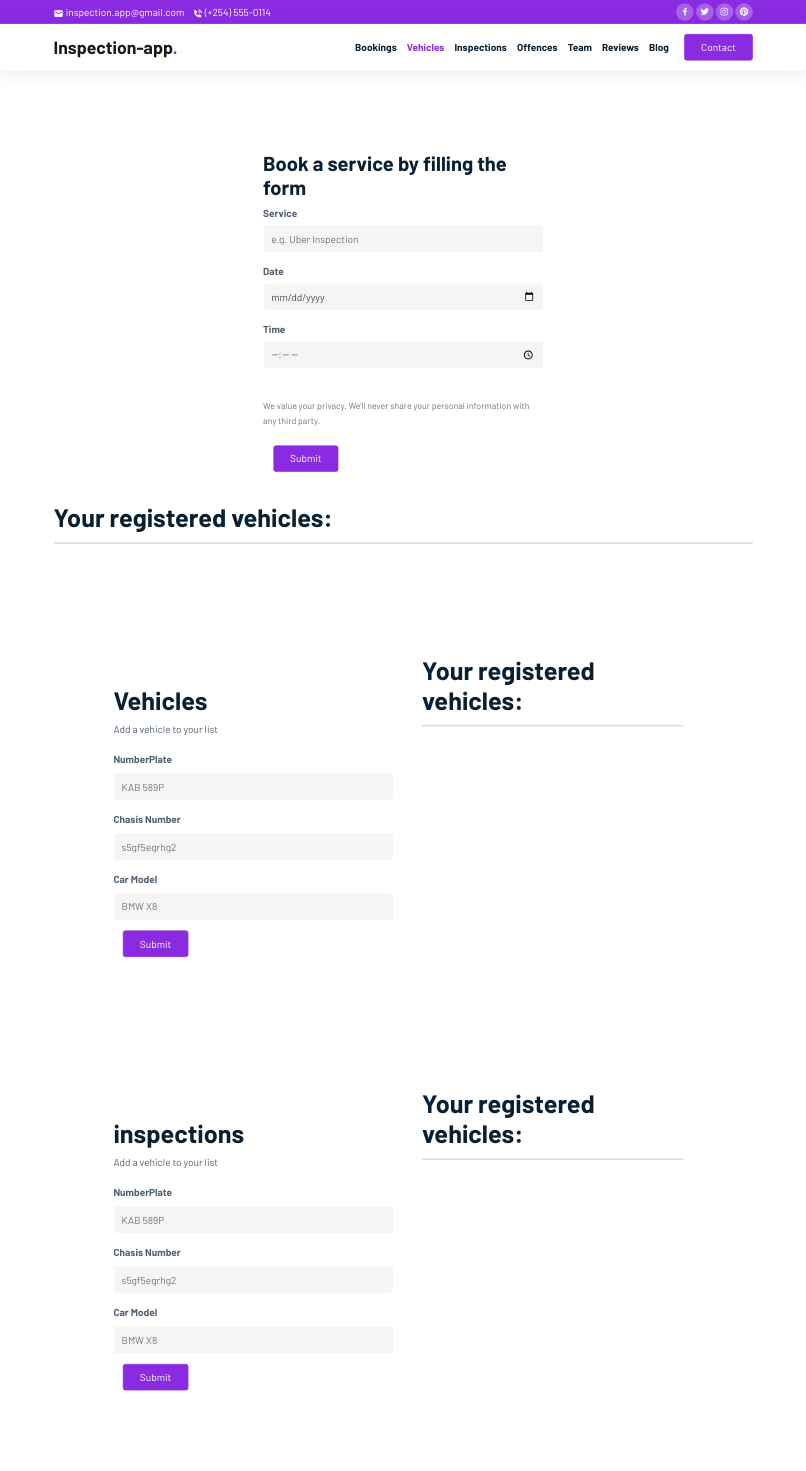
Repository: Jaynie8085/INSPECTION-APP
Page: client/dashboard.html
The author's editor kept a copy of each file at every save. The page is drawn from the files as they stood at one save, then again after the next save.
The browser window is 1280 px wide. The pictures show the whole page, at 63% of full size.
The page's requests for data from a server got no answer. Some web libraries are served in a nearby version.

Above is the page before, as saved 2022-10-16 18:28:43.
Console error: ReferenceError: bookings is not defined

After the next save:
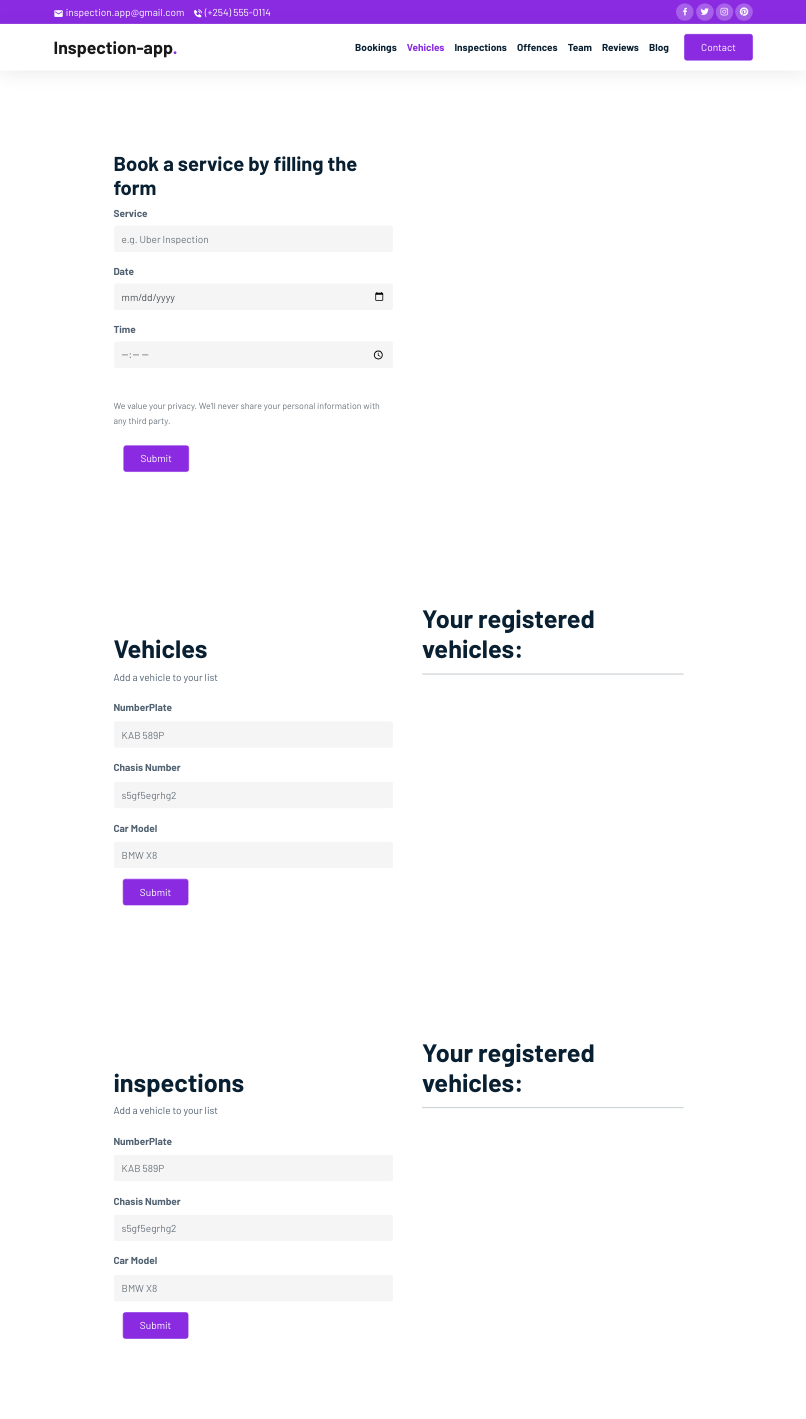
Saved 16 s later.
--- a/client/dashboard.html
+++ b/client/dashboard.html
@@ -97,12 +97,7 @@
                     </form>
 
                 </div>
-                <div class="container center"><h1>Your registered vehicles:</h1>
-                        <div >
-                            <ul id="bookings-list">
-                            </ul>
-                        </div>
-                        <hr></div>
+                <div id="data-table" class="col-lg-5">
 
             </div>
         </div>
